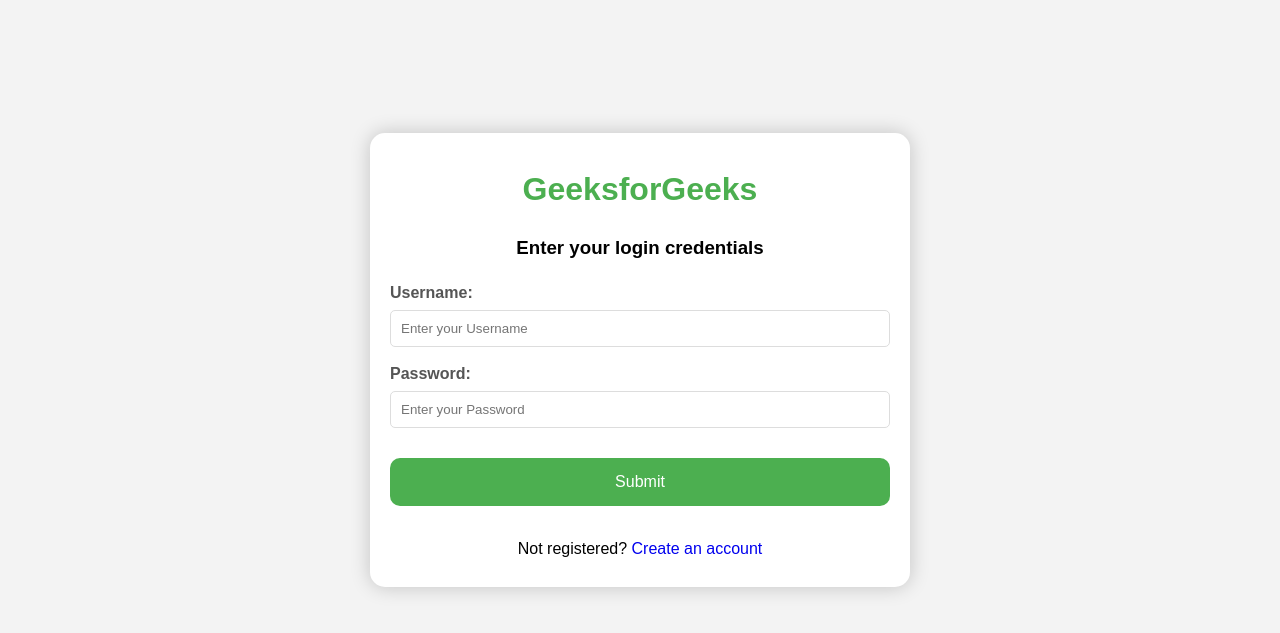
Repository: alizey12/Regestratin-Form-js
Page: signin.html
These files come from the project's save history. The page is drawn as it stood at one moment and after the next save; the edit follows.
The browser window is 1280 px wide. The pictures show the whole page.

Above is the page before, as saved 2024-11-29 13:05:26.

After the next save:
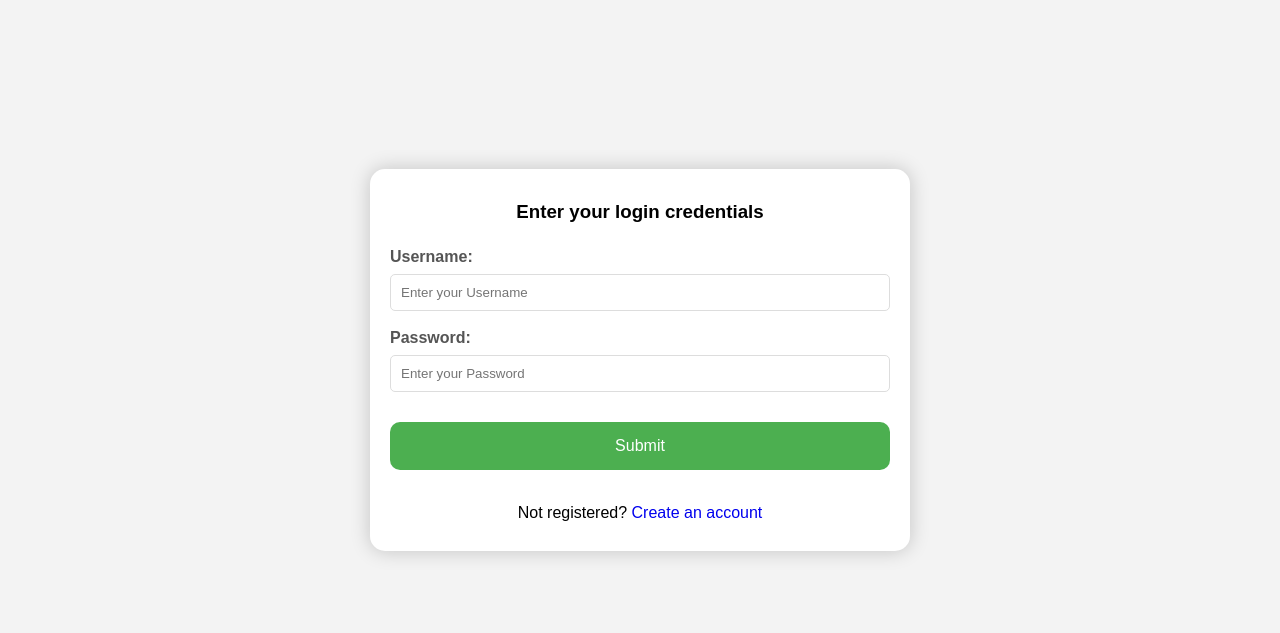
Saved 4 s later.
--- a/signin.html
+++ b/signin.html
@@ -9,7 +9,6 @@
 <body>
 
 <div class="main">
-    <h1>GeeksforGeeks</h1>
     <h3>Enter your login credentials</h3>
 
     <form action="">
